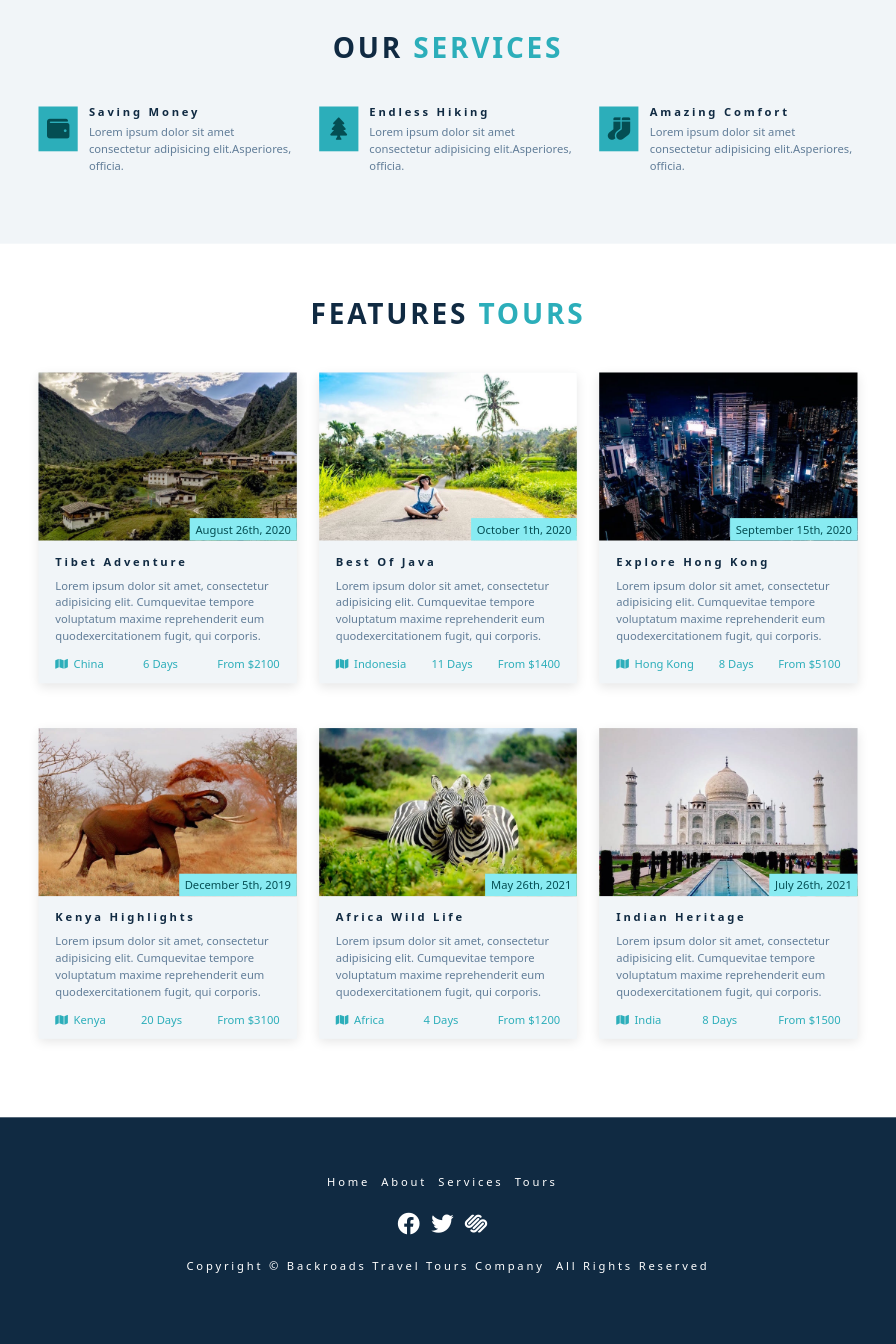
Repository: shivyank121/backRoad-app
Page: /
These files come from the project's save history. The page is drawn as it stood at one moment and after the next save; the edit follows.
The browser window is 1280 px wide. The pictures show the part of the page from y = 1443 to 3363 px (the page is 3363 px tall before and 3339 px after), at 70% of full size.
Some web libraries are served in a nearby version. The project was rebuilt for these pictures with package versions that can differ from the ones it lists, and the page was loaded fresh each time.

Above is the page before, as saved 2023-08-21 01:47:21.

After the next save:
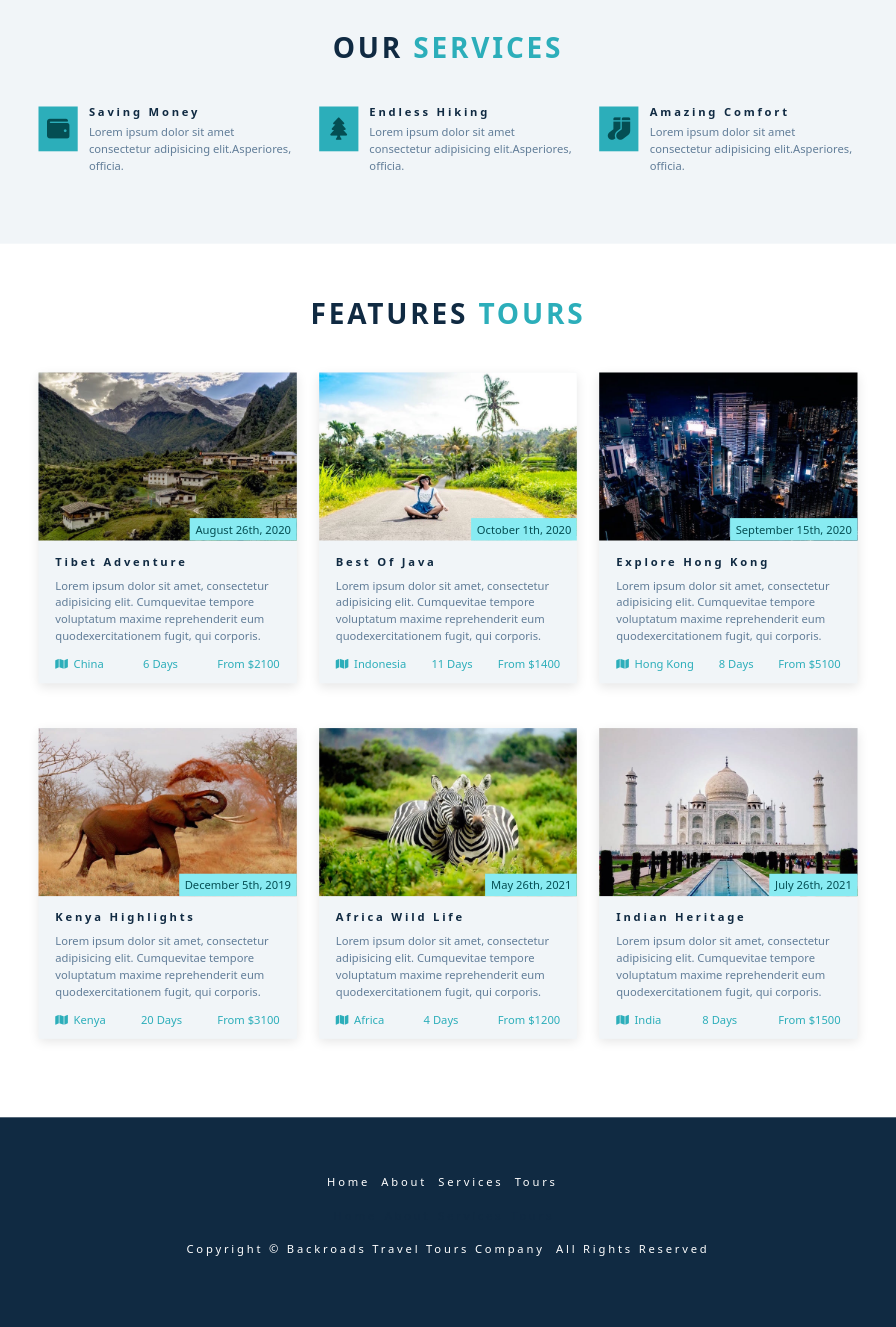
Saved 31 s later.
--- a/src/components/Footer.js
+++ b/src/components/Footer.js
@@ -18,21 +18,17 @@ export const Footer = () => {
 
     </ul>
     <ul className="footer-icons">
-      <li>
-        <a href="https://www.twitter.com" target="_blank" className="footer-icon"
-          ><i className="fab fa-facebook"></i
-        ></a>
-      </li>
-      <li>
-        <a href="https://www.twitter.com" target="_blank" className="footer-icon"
-          ><i className="fab fa-twitter"></i
-        ></a>
-      </li>
-      <li>
-        <a href="https://www.twitter.com" target="_blank" className="footer-icon"
-          ><i className="fab fa-squarespace"></i
-        ></a>
-      </li>
+    {pageLinks.map((link) => {
+            return (
+              <li key={link.id}>
+                <a href={link.href} className="nav-link">
+                  {link.text}
+
+                </a>
+              </li>
+            );
+          })}
+
     </ul>
     <p className="copyright">
       copyright &copy; Backroads travel tours company
